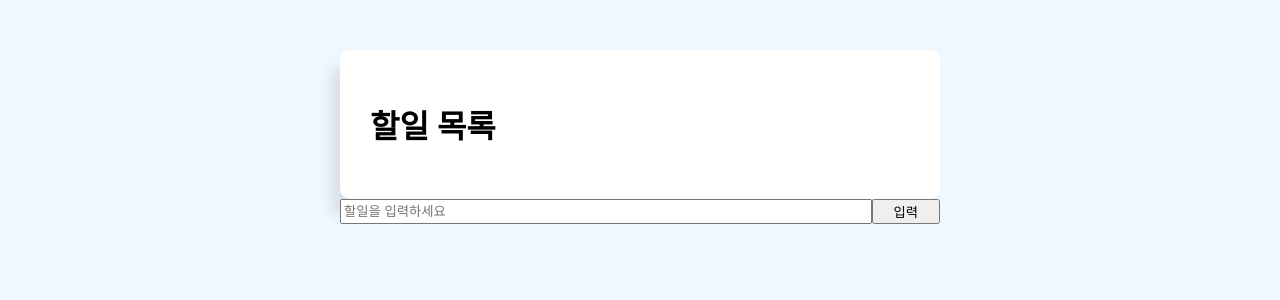
Repository: siwon9898/react-learn
Page: /
The author's editor kept a copy of each file at every save. The page is drawn from the files as they stood at one save, then again after the next save.
The browser window is 1280 px wide. The pictures show the whole page.
The project was rebuilt for these pictures with package versions that can differ from the ones it lists, and the page was loaded fresh each time.

Above is the page before, as saved 2023-03-29 16:12:04.

After the next save:
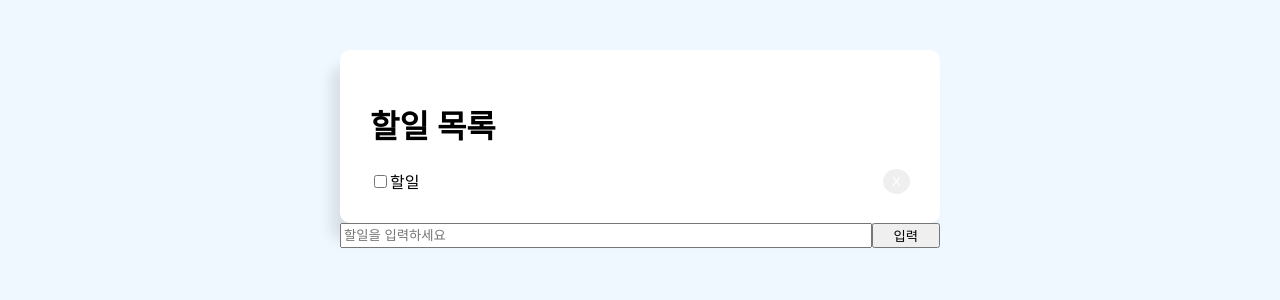
Saved 110 s later.
--- a/src/App.js
+++ b/src/App.js
@@ -115,7 +115,13 @@ export default class App extends React.Component {
   };
 
   state = {
-    TodoData: [],
+    TodoData: [
+      {
+        id: 1,
+        title: "밥먹기",
+        complete: false,
+      },
+    ],
     value: "",
   };
 
